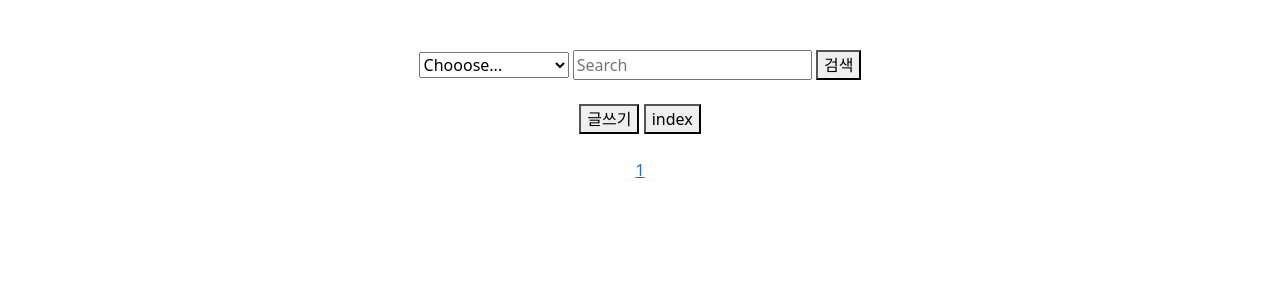
Repository: MrSeung/jsp_board
Page: http://localhost/jsp_project/board/list.jsp
The author's editor kept a copy of each file at every save. The page is drawn from the files as they stood at one save, then again after the next save.
The browser window is 1280 px wide. The pictures show the whole page.
The page is served by Tomcat 9. The template is opened directly, without the code that normally fills it, so the values that code supplies are empty.

Above is the page before, as saved 2023-06-01 05:01:17.

After the next save:
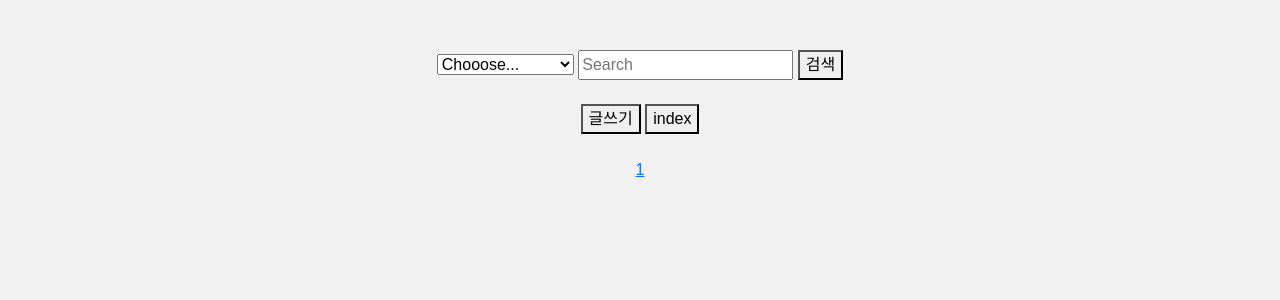
Saved 39 s later.
--- a/jsp_project/src/main/webapp/board/list.jsp
+++ b/jsp_project/src/main/webapp/board/list.jsp
@@ -23,6 +23,8 @@
 		body{
 			margin-top: 50px;
 			text-align: center;
+			font-family: Arial, sans-serif;
+			background-color: #f1f1f1;
 		}
 	</style>
 
